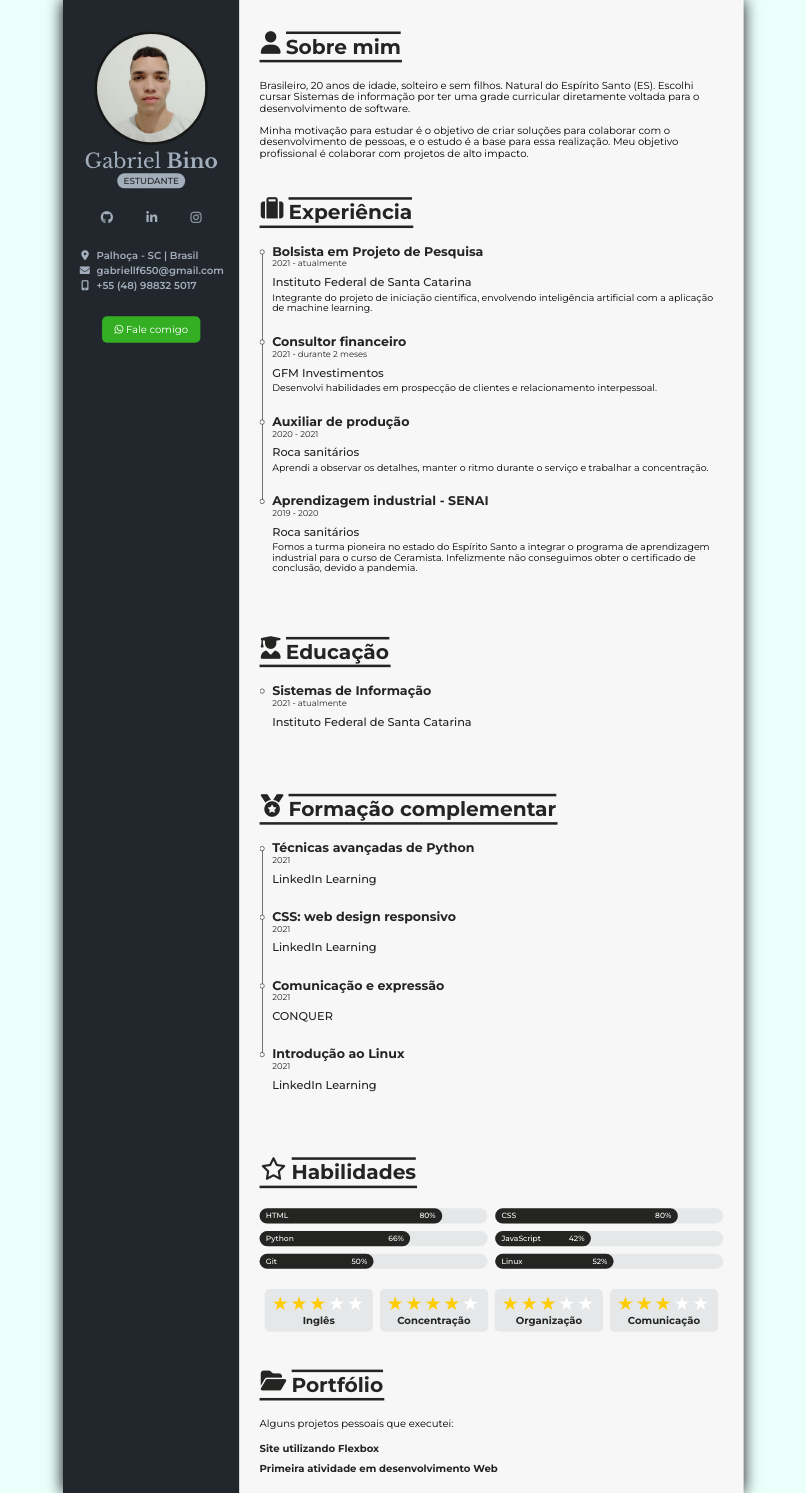
Repository: gabrielbino/curriculoResponsivo
Page: index.html
An editor plug-in stored every save of this project. The page is shown before and after the next save, followed by the edit.
The browser window is 1280 px wide. The pictures show the whole page, at 63% of full size.
Some web libraries are served in a nearby version.

Above is the page before, as saved 2021-10-30 16:15:58.

### index.html
<!DOCTYPE html>
<html lang="pt-br">
  <head>
    <meta charset="UTF-8" />
    <meta name="viewport" content="width=device-width, initial-scale=1" />
    <link
      rel="stylesheet"
      href="https://cdnjs.cloudflare.com/ajax/libs/normalize/8.0.1/normalize.min.css"
      integrity="sha512-NhSC1YmyruXifcj/KFRWoC561YpHpc5Jtzgvbuzx5VozKpWvQ+4nXhPdFgmx8xqexRcpAglTj9sIBWINXa8x5w=="
      crossorigin="anonymous"
      referrerpolicy="no-referrer"
    />
    <script
      src="https://kit.fontawesome.com/a6ac7cca8d.js"
      crossorigin="anonymous"
    ></script>
    <link rel="stylesheet" href="css/style.css" />
    <link rel="shortcut icon" href="img/favi.ico" />
    <title>CV do Gabriel</title>
  </head>
  <body>
    <main>
      <aside>
        <div class="sidebar">
          <img
            class="profile-picture"
            src="./img/option_profile.jpeg"
            alt="Gabriel Bino"
          />
          <h1 class="title-name"><span>Gabriel</span> Bino</h1>
          <h3 class="subtitle-role">Estudante</h3>
          <div class="social-links">
            <a href="https://github.com/gabrielbino" target="_blank">
              <i class="fab fa-github"></i>
            </a>
            <a
              href="https://www.linkedin.com/in/gabriel-fernandes-bino-456499195/"
              target="_blank"
            >
              <i class="fab fa-linkedin-in"></i>
            </a>
            <!-- <a href="https://twitter.com/theleoad" target="_blank">
              <i class="fab fa-twitter"></i>
            </a> -->
            <a href="https://www.instagram.com/gabrielfbino/" target="_blank">
              <i class="fab fa-instagram"></i>
            </a>
          </div>
          <ul class="personal-data">
            <li>
              <i class="fas fa-map-marker-alt"></i>
              <span>Palhoça - SC | Brasil</span>
            </li>
            <li>
              <i class="fas fa-envelope"></i>
              <a href="mailto:galbriellf650@gmail.com"
                >gabriellf650@gmail.com</a
              >
            </li>
            <li>
              <i class="fas fa-mobile-alt"></i>
              <a href="tel:+5548988325017">+55 (48) 98832 5017</a>
            </li>
          </ul>
          <a
            class="download-button"
            href="https://wa.me/+5548988325017"
            target="_blank"
          >
            <i class="fab fa-whatsapp"></i>
            <span>Fale comigo</span>
          </a>
        </div>
      </aside>
      <section>
        <article>
          <div class="article-title-wrapper">
            <i class="fas fa-user"></i>
            <h2 class="article-title">Sobre mim</h2>
          </div>
          <p class="sobre-mim">
            Brasileiro, 20 anos de idade, solteiro e sem filhos. Natural do
            Espírito Santo (ES). Escolhi cursar Sistemas de informação por ter
            uma grade curricular diretamente voltada para o desenvolvimento de
            software.
          </p>
          <p class="sobre-mim">
            Minha motivação para estudar é o objetivo de criar soluções para
            colaborar com o desenvolvimento de pessoas, e o estudo é a base para
            essa realização. Meu objetivo profissional é colaborar com projetos
            de alto impacto.
          </p>
        </article>
        <article>
          <div class="article-title-wrapper">
            <i class="fas fa-suitcase"></i>
            <h2 class="article-title">Experiência</h2>
          </div>
          <ul class="timeline">
            <li>
              <h4 class="timeline-title">Bolsista em Projeto de Pesquisa</h4>
              <h5 class="timeline-time">2021 - atualmente</h5>
              <h6 class="timeline-place">
                Instituto Federal de Santa Catarina
              </h6>
              <p class="timeline-text">
                Integrante do projeto de iniciação científica, envolvendo
                inteligência artificial com a aplicação de machine learning.
              </p>
            </li>
            <li>
              <h4 class="timeline-title">Consultor financeiro</h4>
              <h5 class="timeline-time">2021 - durante 2 meses</h5>
              <h6 class="timeline-place">GFM Investimentos</h6>
              <p class="timeline-text">
                Desenvolvi habilidades em prospecção de clientes e
                relacionamento interpessoal.
              </p>
            </li>
            <li>
              <h4 class="timeline-title">Auxiliar de produção</h4>
              <h5 class="timeline-time">2020 - 2021</h5>
              <h6 class="timeline-place">Roca sanitários</h6>
              <p class="timeline-text">
                Aprendi a observar os detalhes, manter o ritmo durante o serviço
                e trabalhar a concentração.
              </p>
            </li>
            <li>
              <h4 class="timeline-title">Aprendizagem industrial - SENAI</h4>
              <h5 class="timeline-time">2019 - 2020</h5>
              <h6 class="timeline-place">Roca sanitários</h6>
              <p class="timeline-text">
                Fomos a turma pioneira no estado do Espírito Santo a integrar o
                programa de aprendizagem industrial para o curso de Ceramista.
                Infelizmente não conseguimos obter o certificado de conclusão,
                devido a pandemia.
              </p>
            </li>
          </ul>
        </article>
        <article>
          <div class="article-title-wrapper">
            <i class="fas fa-user-graduate"></i>
            <h2 class="article-title">Educação</h2>
          </div>
          <ul class="timeline">
            <li>
              <h4 class="timeline-title">Sistemas de Informação</h4>
              <h5 class="timeline-time">2021 - atualmente</h5>
              <h6 class="timeline-place">
                Instituto Federal de Santa Catarina
              </h6>
            </li>
          </ul>
        </article>
        <article>
          <div class="article-title-wrapper">
            <i class="fas fa-medal"></i>
            <h2 class="article-title">Formação complementar</h2>
          </div>
          <ul class="timeline">
            <li>
              <h4 class="timeline-title">Técnicas avançadas de Python</h4>
              <h5 class="timeline-time">2021</h5>
              <h6 class="timeline-place">LinkedIn Learning</h6>
            </li>
            <li>
              <h4 class="timeline-title">CSS: web design responsivo</h4>
              <h5 class="timeline-time">2021</h5>
              <h6 class="timeline-place">LinkedIn Learning</h6>
            </li>
            <li>
              <h4 class="timeline-title">Comunicação e expressão</h4>
              <h5 class="timeline-time">2021</h5>
              <h6 class="timeline-place">CONQUER</h6>
            </li>
            <li>
              <h4 class="timeline-title">Introdução ao Linux</h4>
              <h5 class="timeline-time">2021</h5>
              <h6 class="timeline-place">LinkedIn Learning</h6>
            </li>
          </ul>
        </article>
        <article>
          <div class="article-title-wrapper">
            <i class="far fa-star"></i>
            <h2 class="article-title">Habilidades</h2>
          </div>
          <div class="skills-container">
            <div class="progress">
              <div class="progress-bar" role="progressbar" style="width: 80%">
                <div class="progress-text">
                  <span>HTML</span>
                  <span>80%</span>
                </div>
              </div>
            </div>
            <div class="progress">
              <div class="progress-bar" role="progressbar" style="width: 80%">
                <div class="progress-text">
                  <span>CSS</span>
                  <span>80%</span>
                </div>
              </div>
            </div>
            <div class="progress">
              <div class="progress-bar" role="progressbar" style="width: 66%">
                <div class="progress-text">
                  <span>Python</span>
                  <span>66%</span>
                </div>
              </div>
            </div>
            <div class="progress">
              <div class="progress-bar" role="progressbar" style="width: 42%">
                <div class="progress-text">
                  <span>JavaScript</span>
                  <span>42%</span>
                </div>
              </div>
            </div>
            <div class="progress">
              <div class="progress-bar" role="progressbar" style="width: 50%">
                <div class="progress-text">
                  <span>Git</span>
                  <span>50%</span>
                </div>
              </div>
            </div>
            <div class="progress">
              <div class="progress-bar" role="progressbar" style="width: 52%">
                <div class="progress-text">
                  <span>Linux</span>
                  <span>52%</span>
                </div>
              </div>
            </div>
          </div>
          <div class="soft-skills">
            <div class="soft-skill">
              <div class="soft-skill-rating" style="--rating: 3"></div>
              <h4 class="soft-skill-label">Inglês</h4>
            </div>
            <div class="soft-skill">
              <div class="soft-skill-rating" style="--rating: 4"></div>
              <h4 class="soft-skill-label">Concentração</h4>
            </div>
            <div class="soft-skill">
              <div class="soft-skill-rating" style="--rating: 3"></div>
              <h4 class="soft-skill-label">Organização</h4>
            </div>
            <div class="soft-skill">
              <div class="soft-skill-rating" style="--rating: 3"></div>
              <h4 class="soft-skill-label">Comunicação</h4>
            </div>
          </div>
        </article>
        <article>
          <div class="article-title-wrapper">
            <i class="fas fa-folder-open"></i>
            <h2 class="article-title">Portfólio</h2>
          </div>
          <p>Alguns projetos pessoais que executei:</p>
          <div class="portfolio">
            <a href="https://staticflexbox.netlify.app/" class="portfolio-item">
              Site utilizando Flexbox
            </a>
            <a href="https://anatomiahtml.netlify.app/" class="portfolio-item">
              Primeira atividade em desenvolvimento Web
            </a>
            <a href="#" class="portfolio-item">
              <div></div>
            </a>
            <a href="#" class="portfolio-item">
              <div></div>
            </a>
          </div>
        </article>
      </section>
    </main>
  </body>
</html>

### css/style.css
@import url("https://fonts.googleapis.com/css2?family=Libre+Baskerville:wght@400;700&family=Montserrat:wght@400;500;600;700&display=swap");

* {
  box-sizing: border-box;
}

img {
  max-width: 100%;
}

body {
  background-color: #ebfffb;
  color: black;
  font-family: "Montserrat", sans-serif;
}

main {
  background-color: #ebfffb;
  box-shadow: 0 0 1.5rem;
  display: flex;
  margin: 0 auto;
  max-width: 1080px;
  min-height: 100vh;
  width: 100%;
}

aside {
  background-color: #22272e;
  padding: 50px 0 16px;
  width: 280px;
}

.sidebar {
  align-items: center;
  display: flex;
  flex-direction: column;
  position: sticky;
  top: 16px;
  width: 100%;
}

.profile-picture {
  border-radius: 50%;
  border: solid 4px #181817;
  width: 180px;
}

.title-name {
  color: #a2aebb;
  font-family: "Libre Baskerville", serif;
  font-weight: 700;
  margin: 8px 0 0;
}

.title-name span {
  font-weight: 500;
}

.subtitle-role {
  background: #a2aebb;
  border-radius: 12px;
  color: #242423;
  font-size: 14px;
  font-weight: 500;
  margin: 0;
  padding: 4px 10px;
  text-transform: uppercase;
}

.social-links {
  display: flex;
  font-size: 20px;
  justify-content: space-between;
  margin: 36px 0;
  width: 160px;
}

.social-links a {
  color: #a2aebb;
}

.social-links a:hover {
  color: #e8eddf;
}

.personal-data {
  list-style-type: none;
  margin: 0;
  padding: 0;
}

.personal-data li {
  color: #a2aebb;
  font-weight: 600;
  line-height: 1.5;
}

.personal-data li a {
  color: inherit;
  text-decoration: none;
}

.personal-data i {
  margin-right: 4px;
  text-align: center;
  width: 20px;
}

.download-button {
  background: #34af23;
  border-radius: 8px;
  color: white;
  display: block;
  margin: 36px 0;
  padding: 12px 20px;
  text-decoration: none;
}

section {
  background-color: #f7f7f7;
  padding: 50px 32px 0;
  width: calc(100% - 280px);
}

article:not(:last-of-type) {
  margin-bottom: 60px;
}

.article-title-wrapper {
  align-items: center;
  border-bottom: 4px solid;
  color: #242423;
  display: inline-flex;
  margin-bottom: 12px;
  padding: 0 2px;
}
.article-title-wrapper i {
  font-size: 36px;
  margin: -8px 8px 0 0;
}

.article-title {
  border-top: 4px solid;
  color: #242423;
  font-size: 32px;
  font-weight: 800;
  margin: 0 0 2px;
  padding-top: 2px;
}

.timeline {
  list-style: none;
  margin: 20px 0;
  padding: 0;
}

.timeline li {
  margin: 0;
  padding: 2px 0 40px 20px;
  position: relative;
}

.timeline li::after {
  background-color: #fff;
  border-radius: 50%;
  border: 1px solid #242423;
  box-sizing: border-box;
  content: "";
  display: inline-block;
  height: 8px;
  left: 0;
  position: absolute;
  top: 2px;
  width: 8px;
}

.timeline li:not(:last-of-type)::before {
  background-color: #242423;
  content: "";
  height: 100%;
  left: 3.5px;
  position: absolute;
  top: calc(0.5em - 4px);
  width: 1px;
}

.timeline-title {
  color: #242423;
  font-size: 20px;
  margin: -8px 0 0;
}

.timeline-time {
  color: #242423;
  font-weight: 400;
  margin: 0;
}

.timeline-place {
  color: #242423;
  font-size: 18px;
  font-weight: 500;
  margin: 12px 0 4px;
}

.timeline-text {
  font-size: 15px;
  margin: 0;
}

.skills-container {
  display: flex;
  flex-wrap: wrap;
  justify-content: space-between;
  margin: 20px 0;
}

.progress {
  background-color: rgba(68, 86, 108, 0.1);
  border-radius: 20px;
  display: flex;
  font-size: 0.75rem;
  height: 1.5rem;
  margin-bottom: 12px;
  width: calc(50% - 6px);
}

.progress-bar {
  align-items: center;
  background-color: #242423;
  border-radius: 20px;
  color: #fff;
  font-weight: 500;
  display: flex;
  padding: 0 10px;
}

.progress-text {
  display: flex;
  justify-content: space-between;
  width: 100%;
}

.soft-skills {
  display: flex;
  justify-content: space-between;
  padding: 0 8px;
}

.soft-skill {
  background-color: rgba(68, 86, 108, 0.1);
  border-radius: 8px;
  padding: 8px;
  text-align: center;
  width: calc(25% - 8px);
}

.soft-skill-rating {
  --percent: calc(var(--rating) / 5 * 100%);
  display: inline-block;
  font-family: Times;
  font-size: 30px;
  line-height: 1;
}

.soft-skill-rating::before {
  background-clip: text;
  background: linear-gradient(90deg, #fc0 var(--percent), #fff var(--percent));
  content: "★★★★★";
  letter-spacing: 3px;
  -webkit-background-clip: text;
  -webkit-text-fill-color: transparent;
}

.soft-skill-label {
  color: #242423;
  margin: 4px 0 0;
}

.portfolio {
  display: flex;
  flex-wrap: wrap;
}


.portfolio-item {
  padding: 6px 0;
  margin: auto;
  width: 100%;
  color: #242423;
  font-weight: 800;
  text-decoration: none;
}

@media (max-width: 1024px) {
  .soft-skills {
    flex-wrap: wrap;
  }

  .soft-skill {
    margin: 4px;
    width: calc(50% - 8px);
  }
}

@media (max-width: 768px) {
  main {
    display: block;
  }

  aside,
  section {
    width: 100%;
  }

  section {
    padding: 32px 16px 0;
  }

  .article-title-wrapper {
    display: flex;
    padding: 0;
  }

  .progress,
  .soft-skill,
  .portfolio-item,
  .article-title {
    width: 100%;
  }

  .portfolio-item {
    text-align: center;
  }
}

After the next save:
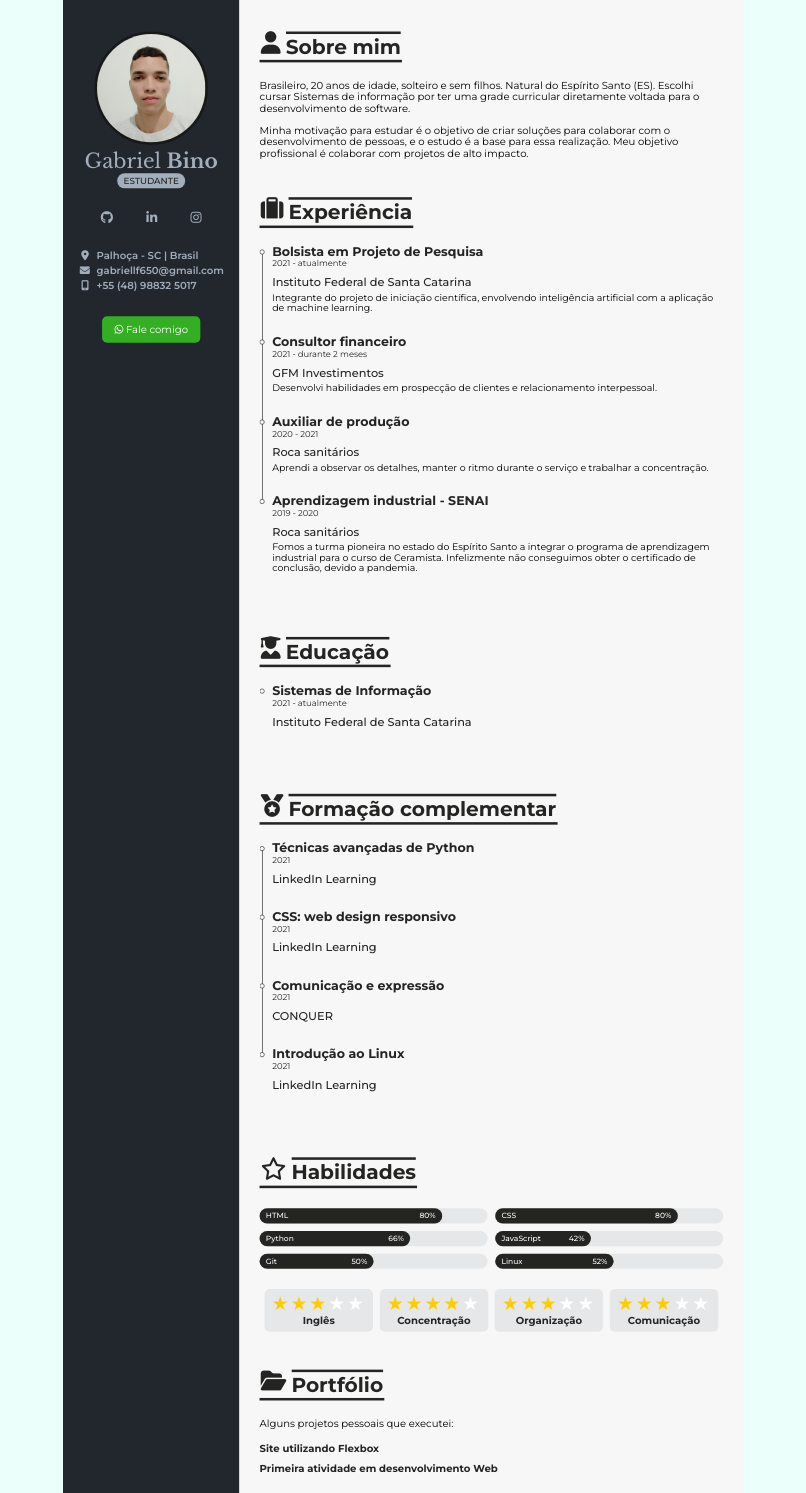
Saved 10 min 42 s later.
--- a/css/style.css
+++ b/css/style.css
@@ -16,7 +16,7 @@
 
 main {
   background-color: #ebfffb;
-  box-shadow: 0 0 1.5rem;
+  /* box-shadow: 0 0 1.5rem; */
   display: flex;
   margin: 0 auto;
   max-width: 1080px;
@@ -282,7 +282,6 @@
   flex-wrap: wrap;
 }
 
-
 .portfolio-item {
   padding: 6px 0;
   margin: auto;

After the save that followed:
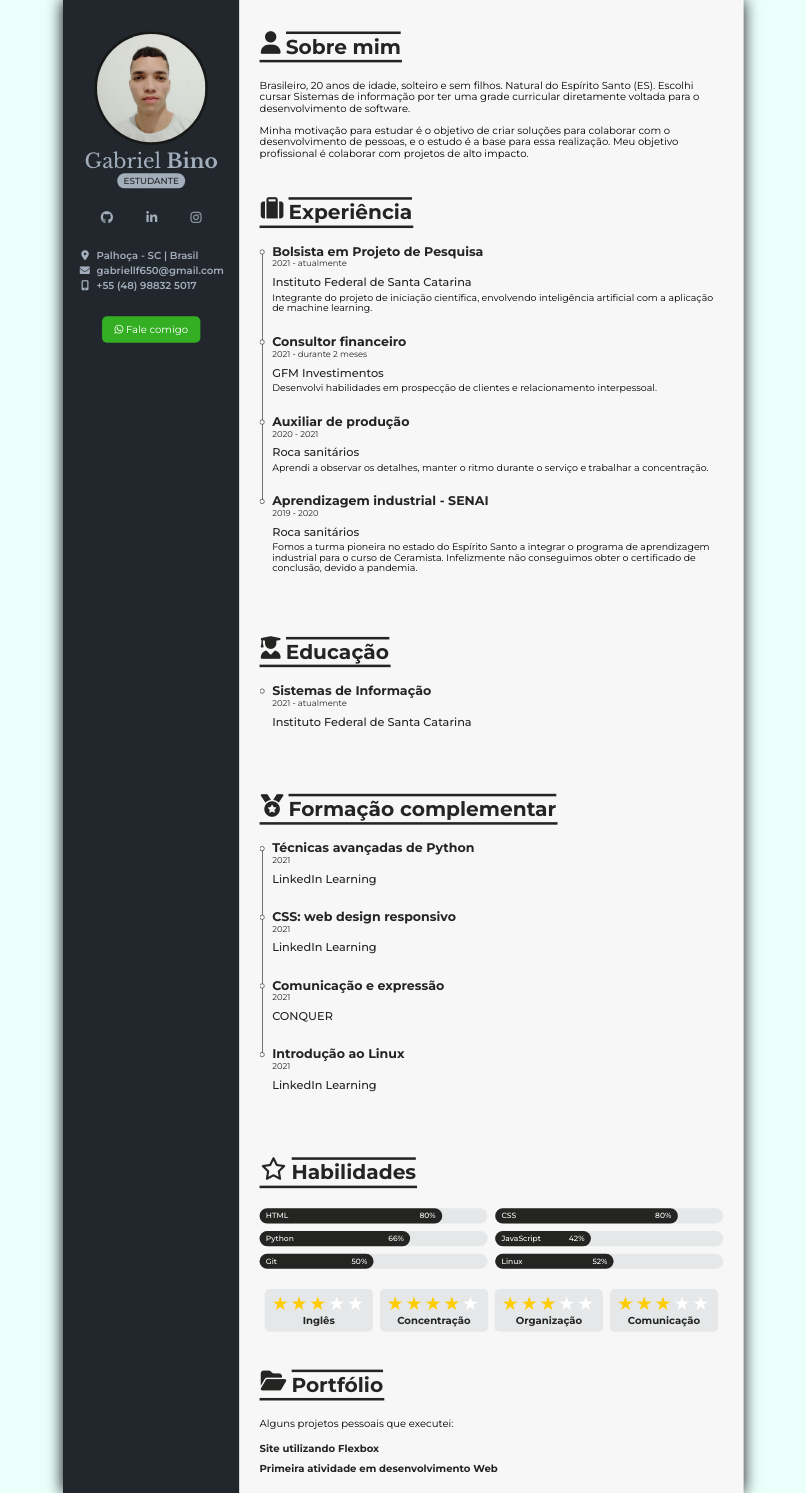
Saved 11 s later.
--- a/css/style.css
+++ b/css/style.css
@@ -16,7 +16,7 @@
 
 main {
   background-color: #ebfffb;
-  /* box-shadow: 0 0 1.5rem; */
+  box-shadow: 0 0 1.5rem;
   display: flex;
   margin: 0 auto;
   max-width: 1080px;
